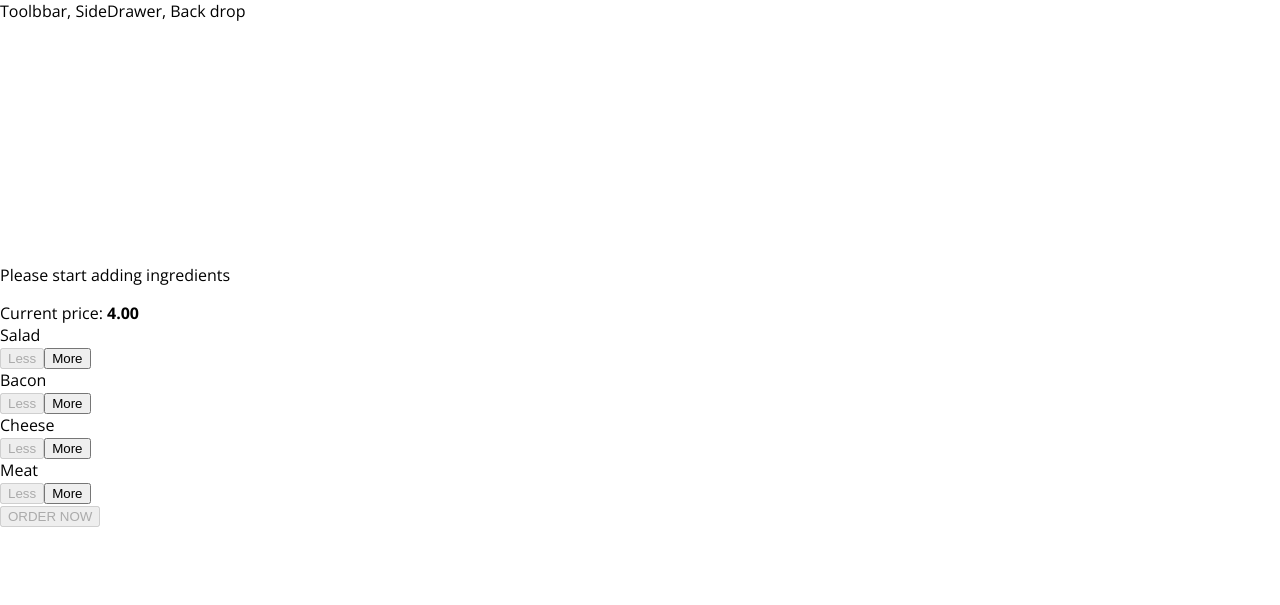
Repository: dunbom6612/burger-builder-app
Page: /checkout/contact-data
The author's editor kept a copy of each file at every save. The page is drawn from the files as they stood at one save, then again after the next save.
The browser window is 1280 px wide. The pictures show the whole page.
The project was rebuilt for these pictures with package versions that can differ from the ones it lists, and the page was loaded fresh each time. Also part of the build but not shown: src/components/Layout/Layout.css, src/components/Burger/Burgeringredient/Burgeringredient.css, src/components/Burger/Burger.css, src/components/BuildControls/BuildControls.css, src/components/BuildControls/BuildControl/BuildControl.css, src/components/UI/Modal/Modal.css, src/components/UI/Backdrop/Backdrop.css, src/components/UI/Backdrop/Backdrop.js.

Above is the page before, as saved 2020-08-01 09:24:29.

After the next save:
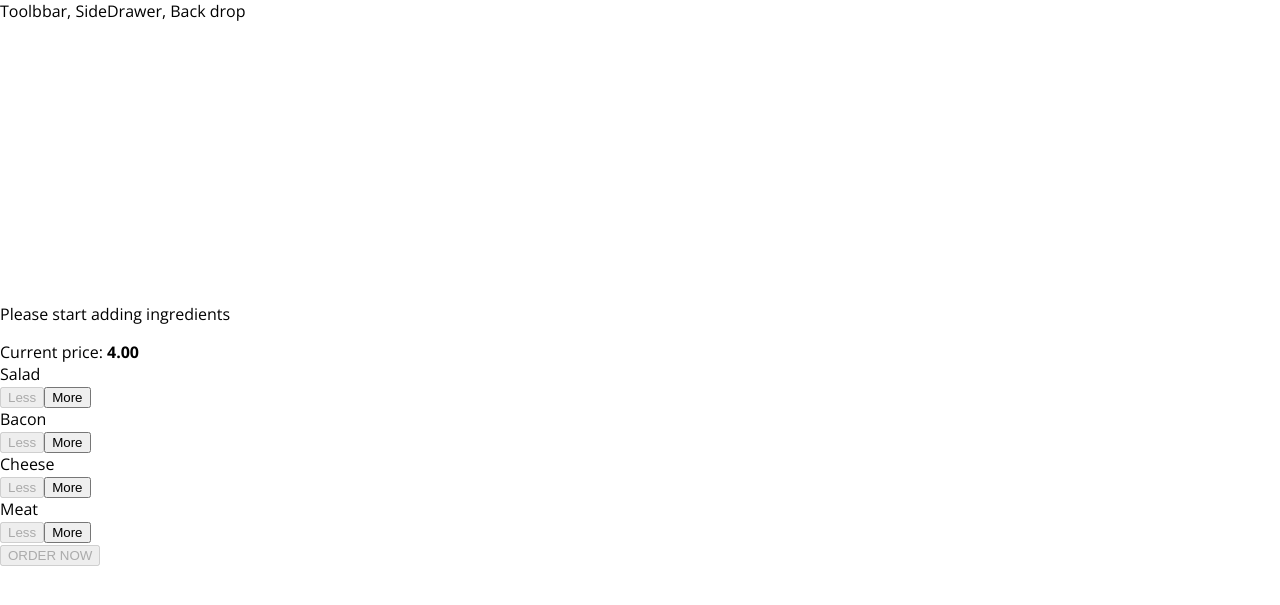
Saved 2 min 19 s later.
--- a/src/components/Burger/OrderSummary/OrderSummary.js
+++ b/src/components/Burger/OrderSummary/OrderSummary.js
@@ -17,6 +17,8 @@ const orderSummary = (props) => {
       <p>A delicious burger with the following ingredients:</p>
       <ul>{ingredientSummary}</ul>
       <p>Continue to checkout?</p>
+      <button>CANCEL</button>
+      <button>CONTINUE</button>
     </Aux>
   );
 };
